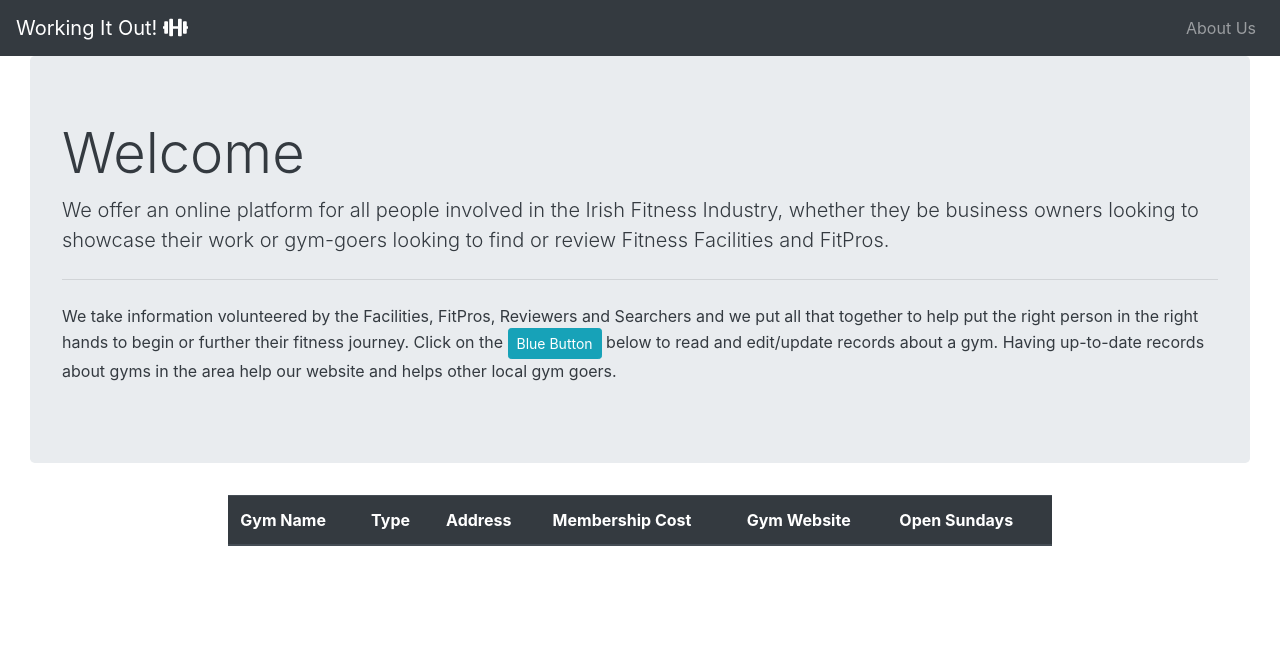
Repository: cgaynor91/Working_It_Out
Page: http://localhost/
The author's editor kept a record of every edit. The page is drawn from the files as they stood at one moment, then again after the next edit.
The browser window is 1280 px wide. The pictures show the whole page.
Some web libraries are served in a nearby version. The page is served by the project's application, run on Flask 3 (app.py). Queries for data that is not in the repository find no rows.

Above is the page before.

After the next edit:
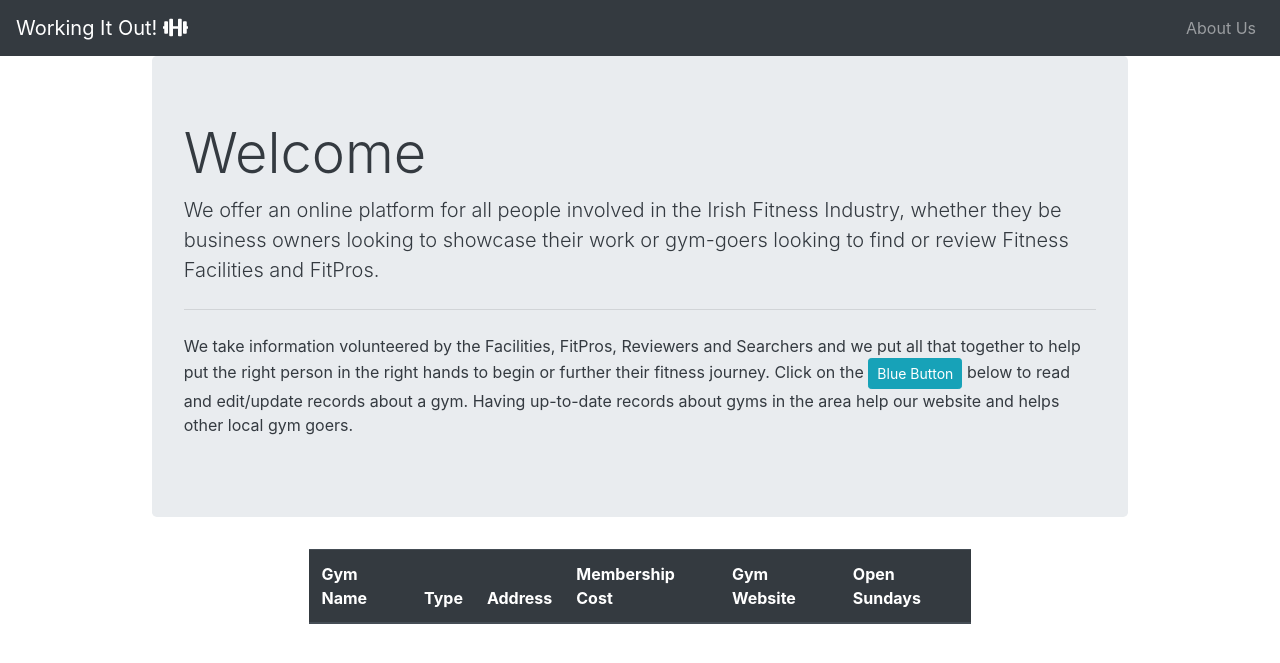
The edit:
--- a/templates/base.html
+++ b/templates/base.html
@@ -8,20 +8,28 @@
 
 <body>
     <header>
-<!-- Navbar taken from Bootstrap -->
-    <nav class="navbar navbar-expand-md navbar-dark bg-dark home-logo-text">
-        <a class="navbar-brand" href="{{url_for('get_gyms')}}">Working It Out! <i
+        <!-- Navbar taken from Bootstrap -->
+        <nav class="navbar navbar-expand-md navbar-dark bg-dark home-logo-text">
+            <a class="navbar-brand" href="{{url_for('get_gyms')}}">Working It Out! <i
                     class="fas fa-dumbbell"></i></a>
-        <button class="navbar-toggler" type="button" data-toggle="collapse" data-target="#navbarNavAltMarkup" aria-controls="navbarNavAltMarkup" aria-expanded="false" aria-label="Toggle navigation">
+            <button class="navbar-toggler" type="button" data-toggle="collapse" data-target="#navbarNavAltMarkup" aria-controls="navbarNavAltMarkup" aria-expanded="false" aria-label="Toggle navigation">
                 <span class="navbar-toggler-icon"></span>
             </button>
-        <div class="collapse navbar-collapse" id="navbarNavAltMarkup">
-            <div class="navbar-nav ml-auto">
-                <a class="nav-item nav-link" href="{{url_for('about')}}">About Us</a>
+            <div class="collapse navbar-collapse" id="navbarNavAltMarkup">
+                <div class="navbar-nav ml-auto">
+                    <a class="nav-item nav-link" href="{{url_for('about')}}">About Us</a>
 
+                </div>
             </div>
-        </div>
-    </nav>
+        </nav>
+    </header>
+        <!-- Container for background image -->
+    <div class="container-fluid bg">
+    </div>
+    <!-- Container for injected templates -->
+    <div class="container-fluid">
+        <div class="row justify-content-center">
+            <div class="col-12 col-md-10 template-col">
 
     {% block content %} {% endblock %}
 
